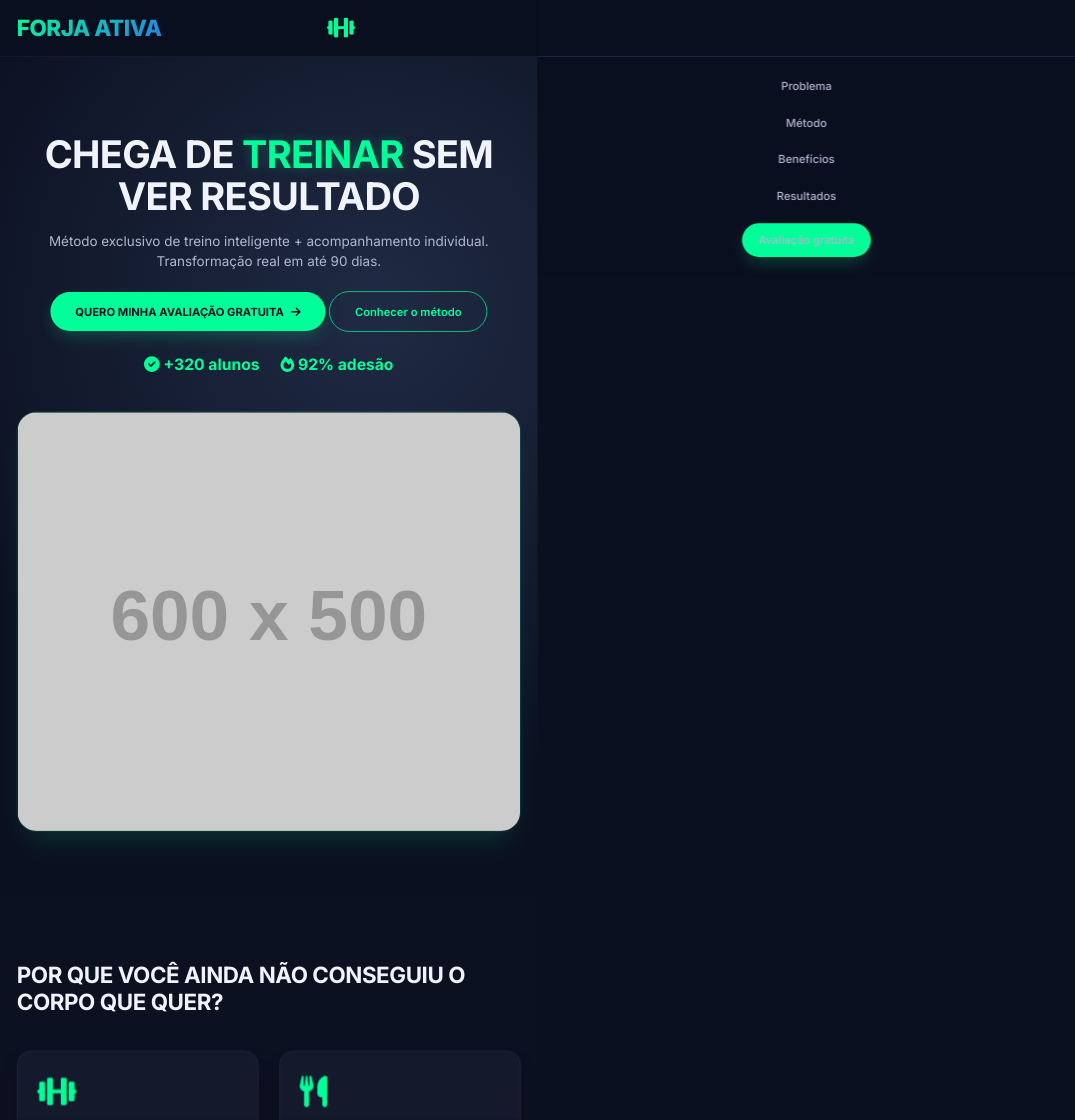
Repository: davidfsillva/Landing-page-pro
Page: index.html
These files come from the project's save history. The page is drawn as it stood at one moment and after the next save; the edit follows.
The browser window is 768 px wide. The page is 1536 px wide, so the pictures cover 1536 px, including what lies to the right of the window. The pictures show the part of the page from y = 0 to 1600 px (the page is 3820 px tall), at 70% of full size.

Above is the page before, as saved 2026-02-23 19:08:50.

After the next save:
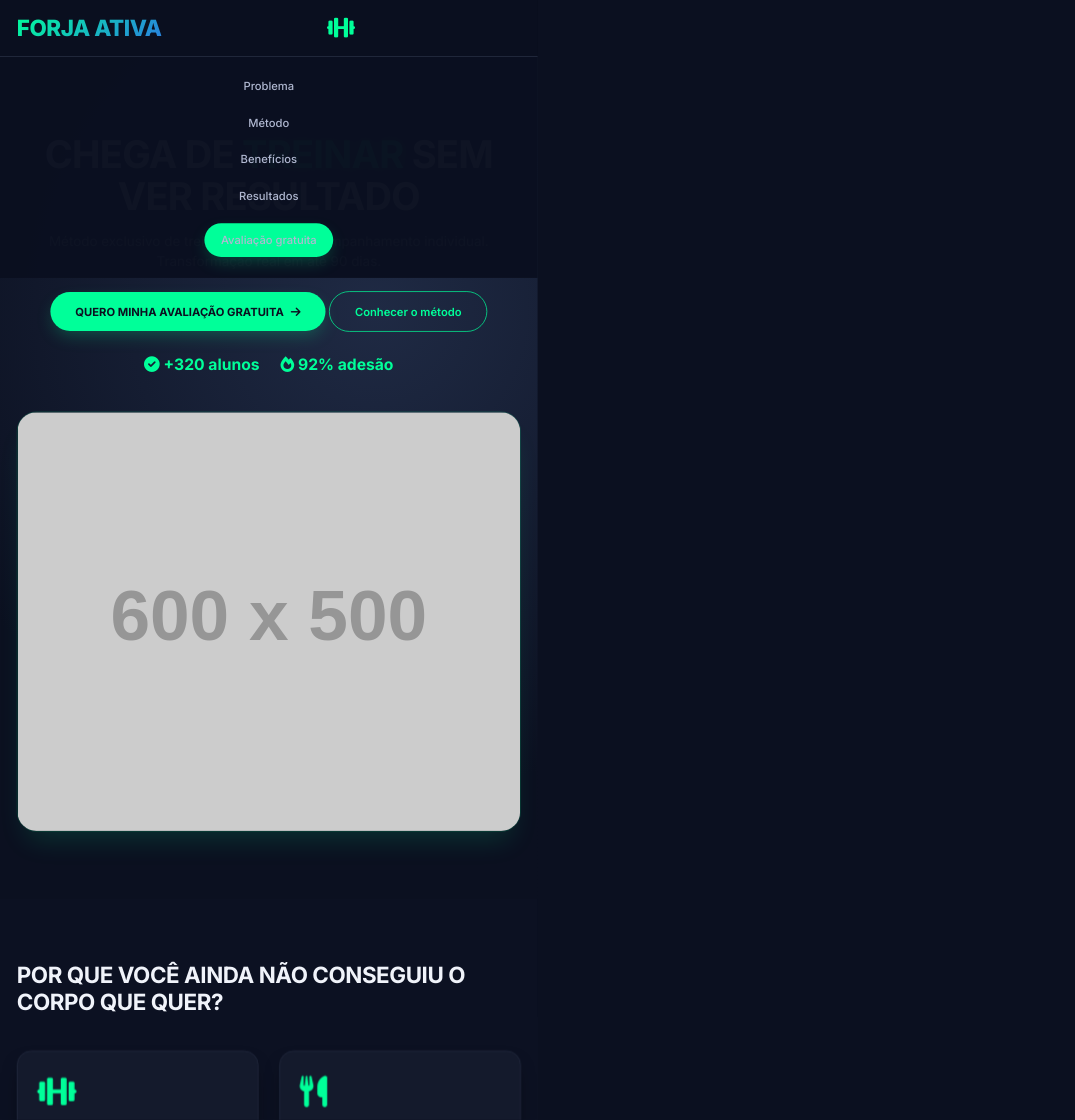
Saved 5 s later.
--- a/style.css
+++ b/style.css
@@ -298,7 +298,7 @@
 }
 
 /* ---------- RESPONSIVO MOBILE FIRST ---------- */
-@media (max-width: 900px) {
+@media (min-width: 768px) {
     h2 { font-size: 2rem; }
     .hero-grid { grid-template-columns: 1fr; text-align: center; }
     .hero p { max-width: 100%; }

After the 4 saves that followed:
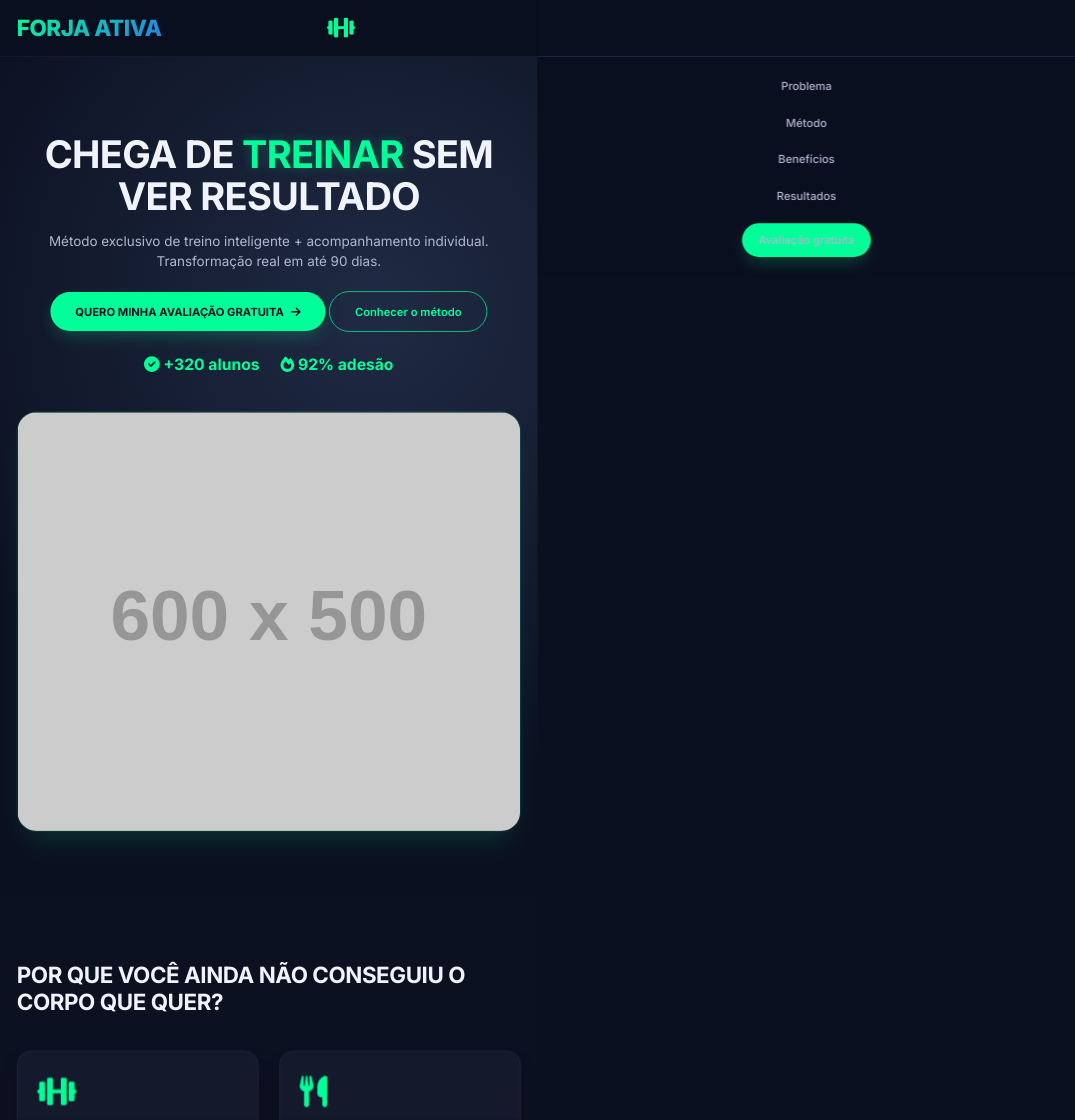
The 4 saves are shown as one change because they came seconds apart.
The last was saved 27 s later.
--- a/style.css
+++ b/style.css
@@ -298,7 +298,7 @@
 }
 
 /* ---------- RESPONSIVO MOBILE FIRST ---------- */
-@media (min-width: 768px) {
+@media (max-width: 900px) {
     h2 { font-size: 2rem; }
     .hero-grid { grid-template-columns: 1fr; text-align: center; }
     .hero p { max-width: 100%; }
